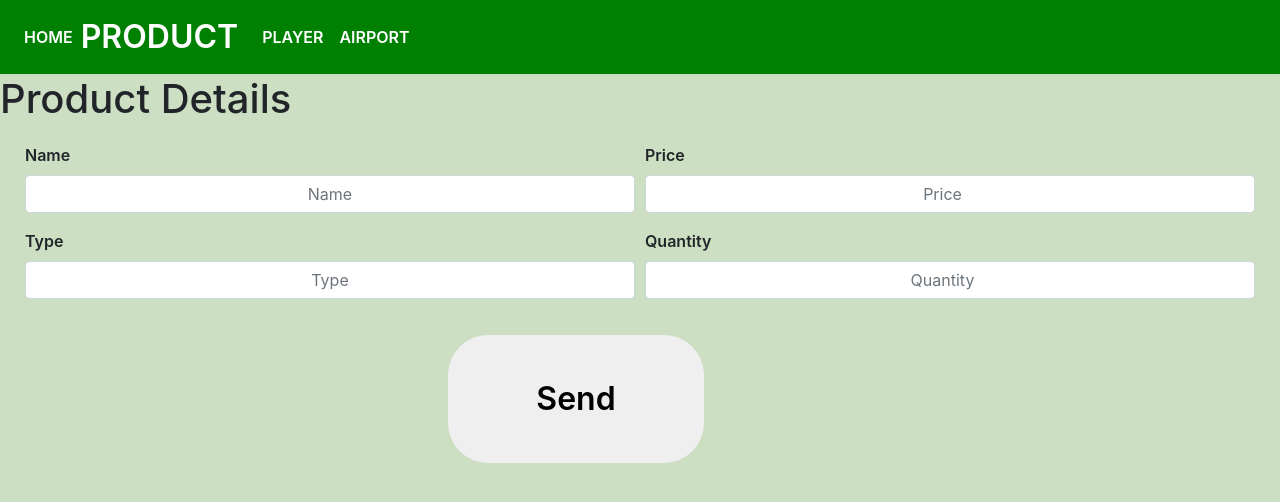
Repository: 05Mohammedismail/xworkz--Advance-Java
Page: http://localhost/Sep13_JSP/product.jsp
These files come from the project's save history. The page is drawn as it stood at one moment and after the next save; the edit follows.
The browser window is 1280 px wide. The pictures show the whole page.
The page is served by Tomcat 9. Other server files are loaded and not shown.

Above is the page before, as saved 2023-09-13 15:51:13.

### Sep13_JSP/src/main/webapp/product.jsp
<%@ page language="java" contentType="text/html; charset=ISO-8859-1"
    pageEncoding="ISO-8859-1"%>
<!doctype html>
<html lang="en">
  <head>
    <meta charset="utf-8">
    <meta name="viewport" content="width=device-width, initial-scale=1">
    <title>MY-JSP</title>
<link rel="stylesheet" href="https://cdn.jsdelivr.net/npm/bootstrap@4.1.3/dist/css/bootstrap.min.css" integrity="sha384-MCw98/SFnGE8fJT3GXwEOngsV7Zt27NXFoaoApmYm81iuXoPkFOJwJ8ERdknLPMO" crossorigin="anonymous">

<style type="text/css">

body{
background-color: rgb(204, 223, 194);
}
.navbar-brand{
font-size: 2em;
}
.navbar{
background: green;
margin-bottom: 1px;
font-weight:600;
color: white;
}
.nav-link:hover{
text-decoration: underline;
}

.form-row{
margin: 20px;
position: relative;
}

.send{
position: absolute;
right: 45%;
border-radius: 40px;
height: 4em;
width: 8em;
outline: none;
border: none;
font-weight: 600;
font-size: 2em;
}

.form-control{
text-align: center;
}

.form-group label{
font-weight: 600;
}

</style>
</head>

  <body>
   <nav class="navbar navbar-expand-lg navbar-light">

  <div class="collapse navbar-collapse" id="navbarNav">
    <ul class="navbar-nav">
      <li class="nav-item">
        <a class="nav-link text-white" href="index.jsp">HOME</a>
      </li>
      </ul>


      <a class="navbar-brand">PRODUCT</a>
  <button class="navbar-toggler" type="button" data-toggle="collapse" data-target="#navbarNav" aria-controls="navbarNav" aria-expanded="false" aria-label="Toggle navigation">
    <span class="navbar-toggler-icon"></span>
  </button>

      <ul class="navbar-nav">
      <li class="nav-item">
        <a class="nav-link text-white" href="player.jsp">PLAYER</a>
      </li>
      <li class="nav-item">
        <a class="nav-link text-white" href="airport.jsp">AIRPORT</a>
      </li>
    </ul>
  </div>
</nav>

<h1>Product Details</h1>
<form>
  <div class="form-row">
    <div class="form-group col-md-6">
      <label class="label">Name</label>
      <input type="text" class="form-control" placeholder="Name">
    </div>

    <div class="form-group col-md-6">
      <label>Price</label>
      <input type="number" class="form-control" placeholder="Price">
    </div>

    <div class="form-group col-md-6">
      <label >Type</label>
      <input type="text" class="form-control" placeholder="Type">
    </div>

    <div class="form-group col-md-6">
      <label>Quantity</label>
      <input type="number" class="form-control" placeholder="Quantity">
    </div>
 </div>
 <input class="send" type="submit" value="Send">
</form>
    <script src="https://cdn.jsdelivr.net/npm/bootstrap@5.3.1/dist/js/bootstrap.bundle.min.js" integrity="sha384-HwwvtgBNo3bZJJLYd8oVXjrBZt8cqVSpeBNS5n7C8IVInixGAoxmnlMuBnhbgrkm" crossorigin="anonymous"></script>
  </body>
</html>

After the next save:
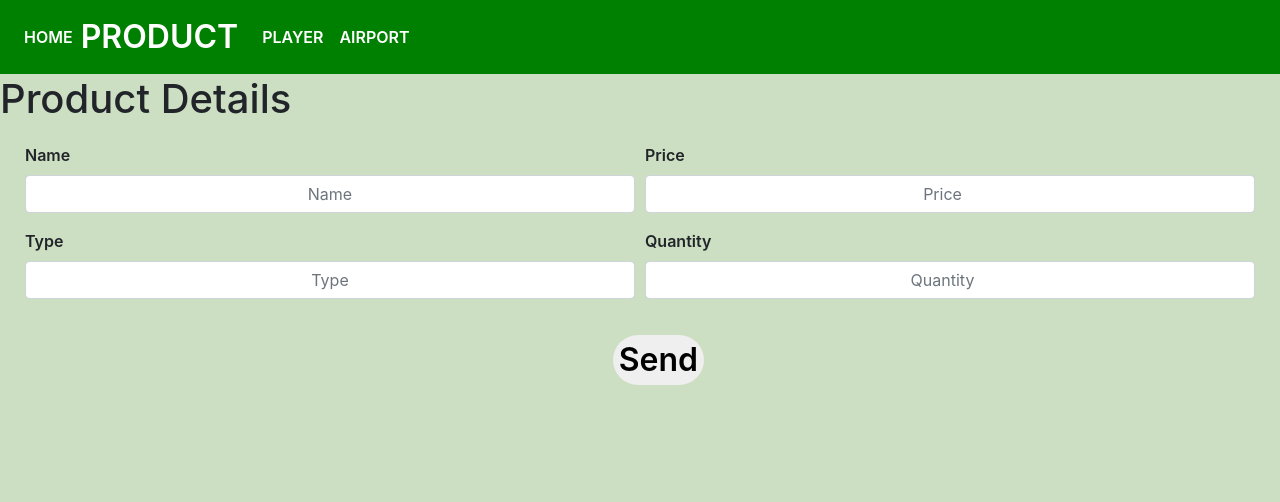
Saved 20 s later.
--- a/Sep13_JSP/src/main/webapp/product.jsp
+++ b/Sep13_JSP/src/main/webapp/product.jsp
@@ -35,8 +35,6 @@ position: relative;
 position: absolute;
 right: 45%;
 border-radius: 40px;
-height: 4em;
-width: 8em;
 outline: none;
 border: none;
 font-weight: 600;
